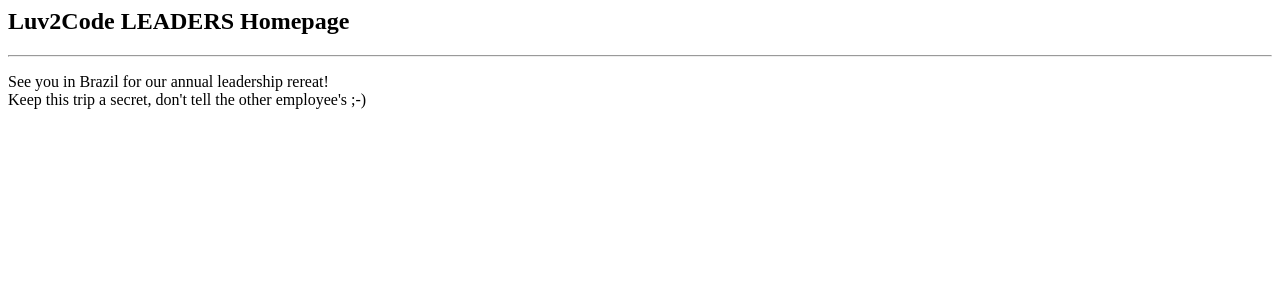
Repository: matthias1989/eclipse-workspace-UDEMY
Page: http://localhost/spring-security-demo-07-user-roles/leaders
These files come from the project's save history. The page is drawn as it stood at one moment and after the next save; the edit follows.
The browser window is 1280 px wide. The pictures show the whole page.
The page is served by Tomcat 9.

Above is the page before, as saved 2018-07-20 16:38:32.

After the next save:
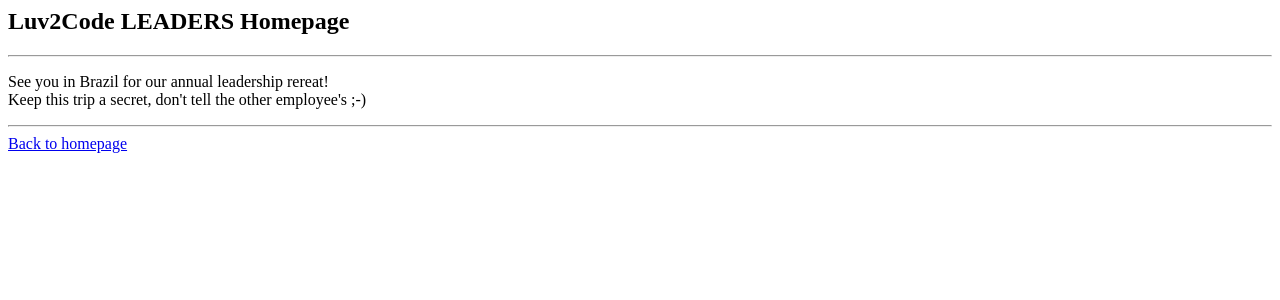
Saved 69 s later.
--- a/spring-security-demo-07-user-roles/src/main/webapp/WEB-INF/view/leaders.jsp
+++ b/spring-security-demo-07-user-roles/src/main/webapp/WEB-INF/view/leaders.jsp
@@ -9,5 +9,7 @@
 			See you in Brazil for our annual leadership rereat! <br />
 			Keep this trip a secret, don't tell the other employee's ;-)
 		</p>
+		<hr>
+		<a href="${pageContext.request.contextPath}/home">Back to homepage</a>
 	</body>
 </html>
